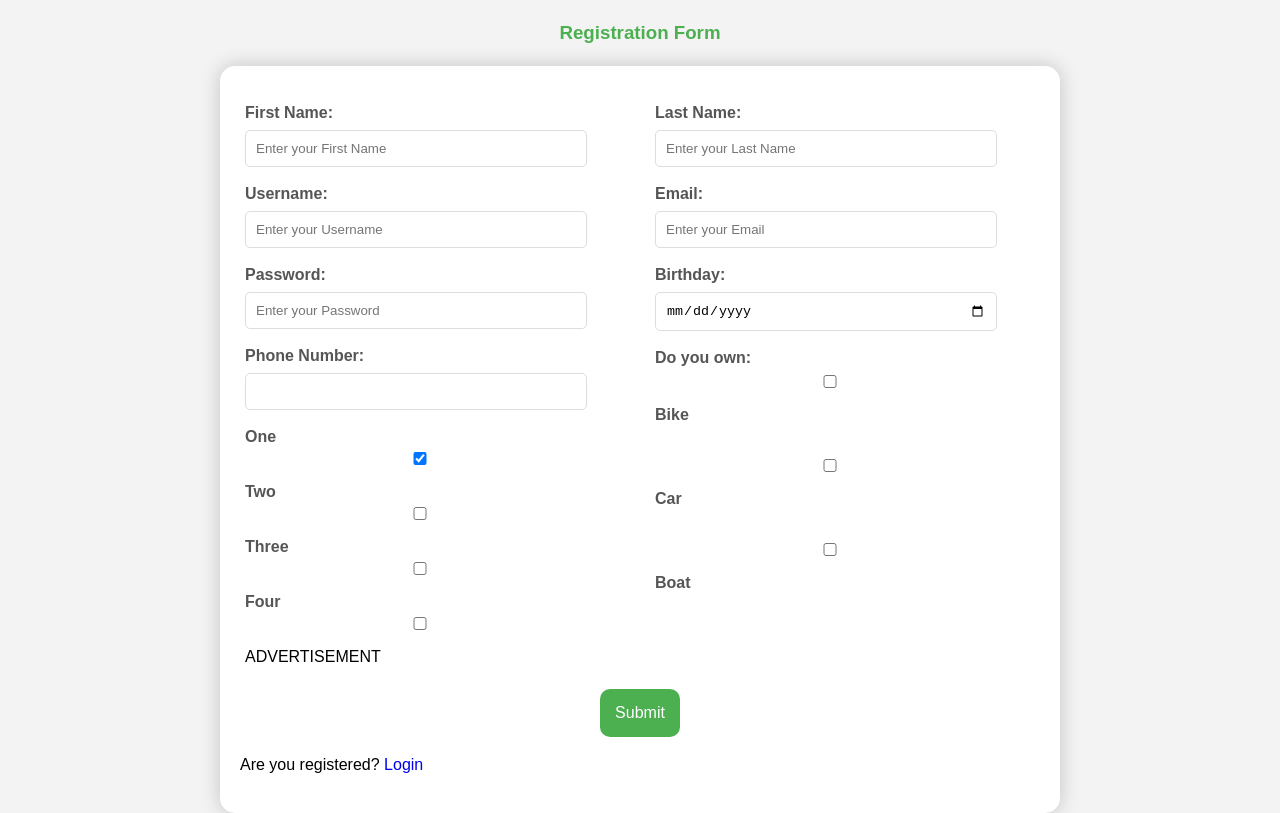
Repository: alizey12/Regestratin-Form-js
Page: regester.html
The author's editor kept a copy of each file at every save. The page is drawn from the files as they stood at one save, then again after the next save.
The browser window is 1280 px wide. The pictures show the whole page.

Above is the page before, as saved 2024-11-29 18:45:13.

### regester.html
<!DOCTYPE html>
<html lang="en">
<head>
    <meta charset="UTF-8">
    <meta name="viewport" content="width=device-width, initial-scale=1.0">
    <link rel="stylesheet" href="regester.css">
    <title>Registration Form</title>
</head>
<body>
    <h3>Registration Form</h3>
    <div class="main">
        <form action="">
            <div class="grid-container">
                <div>
                    <label for="first">First Name:</label>
                    <input type="text" id="first" name="first" placeholder="Enter your First Name" required>

                    <label for="username">Username:</label>
                    <input type="text" id="username" name="username" placeholder="Enter your Username" required>

                    <label for="password">Password:</label>
                    <input type="password" id="password" name="password" placeholder="Enter your Password" required>

                    <label for="quantity">Phone Number:</label>
                    <input type="number" id="quantity" name="quantity" min="1" max="15">

                    <label class="container">One
                        <input type="checkbox" checked="checked">
                        <span class="checkmark"></span>
                      </label>

                      <label class="container">Two
                        <input type="checkbox">
                        <span class="checkmark"></span>
                      </label>

                      <label class="container">Three
                        <input type="checkbox">
                        <span class="checkmark"></span>
                      </label>

                      <label class="container">Four
                        <input type="checkbox">
                        <span class="checkmark"></span>
                      </label>
                      ADVERTISEMENT

                </div>
                <div>
                    <label for="second">Last Name:</label>
                    <input type="text" id="second" name="second" placeholder="Enter your Last Name" required>

                    <label for="email">Email:</label>
                    <input type="email" id="email" name="email" placeholder="Enter your Email" required>

                    <label for="birthday">Birthday:</label>
                    <input type="date" id="birthday" name="birthday">

                    <label>Do you own:</label>
                    <input type="checkbox" id="vehicle1" name="vehicle1" value="Bike">
                    <label for="vehicle1">Bike</label><br>
                    <input type="checkbox" id="vehicle2" name="vehicle2" value="Car">
                    <label for="vehicle2">Car</label><br>
                    <input type="checkbox" id="vehicle3" name="vehicle3" value="Boat">
                    <label for="vehicle3">Boat</label>
                </div>
            </div>
            <div class="wrap">
                <button type="submit">Submit</button>
            </div>
        </form>
        <p>Are you registered?
            <a href="signin.html" style="text-decoration: none;">Login</a>
        </p>
    </div>
</body>
</html>

### regester.css
body {
    display: flex;
    align-items: center;
    justify-content: center;
    font-family: sans-serif;
    line-height: 1.5;
    min-height: 100vh;
    background: #f3f3f3;
    flex-direction: column;
    margin: 0;
}

.main {
    background-color: #fff;
    border-radius: 15px;
    box-shadow: 0 0 20px rgba(0, 0, 0, 0.2);
    padding: 20px;
    transition: transform 0.2s;
    width: 800px;
}

h3 {
    color: #4CAF50;
    text-align: center;
}

label {
    display: block;
    margin-top: 10px;
    margin-bottom: 5px;
    text-align: left;
    color: #555;
    font-weight: bold;
}

input {
    display: block;
    width: 90%;
    margin-bottom: 15px;
    padding: 10px;
    box-sizing: border-box;
    border: 1px solid #ddd;
    border-radius: 5px;
}

button {
    padding: 15px;
    border-radius: 10px;
    margin-top: 15px;
    border: none;
    color: white;
    cursor: pointer;
    background-color: #4CAF50;
    font-size: 16px;
}

.wrap {
    display: flex;
    justify-content: center;
    align-items: center;
}

.grid-container {
    display: grid;

    grid-template-columns: 1fr 1fr;
    gap: 20px;
}

.grid-container div {
    padding: 5px;
}

After the next save:
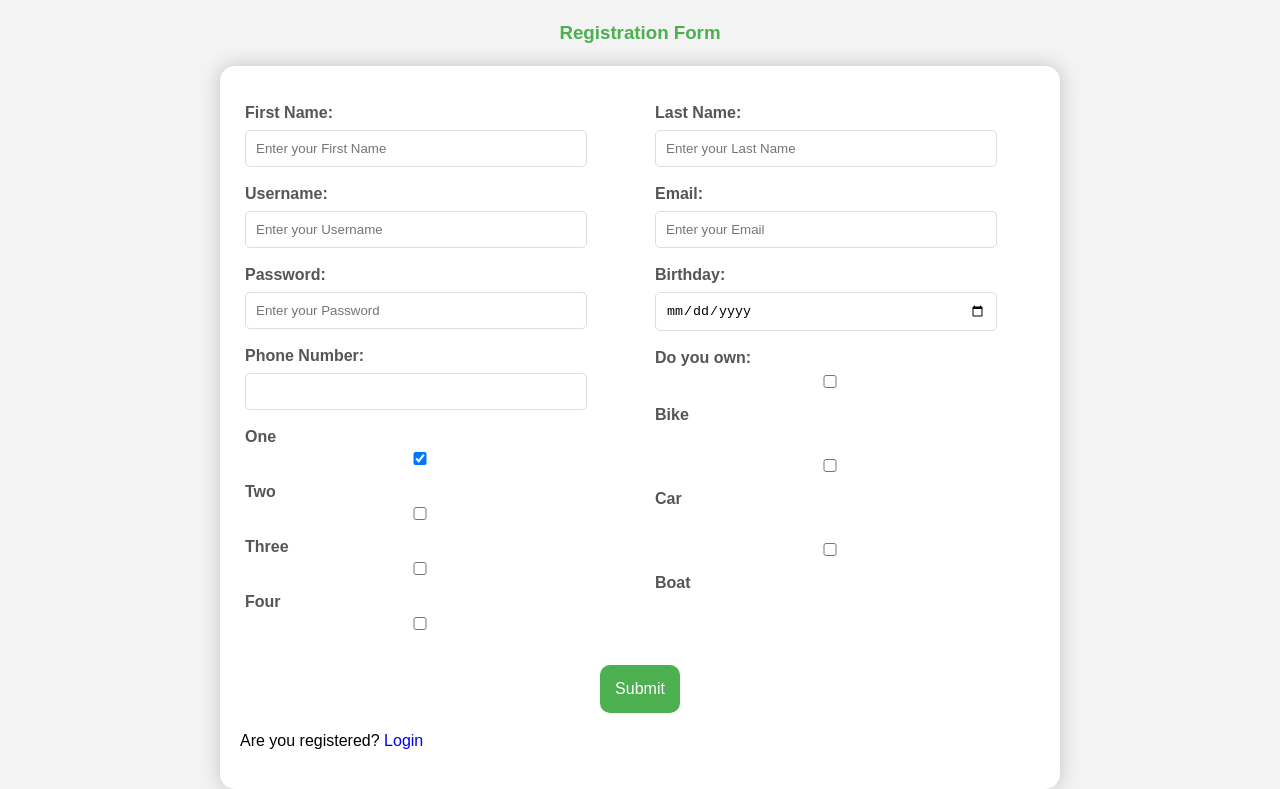
Saved 36 s later.
--- a/regester.html
+++ b/regester.html
@@ -43,7 +43,7 @@
                         <input type="checkbox">
                         <span class="checkmark"></span>
                       </label>
-                      ADVERTISEMENT
+
 
                 </div>
                 <div>

After the save that followed:
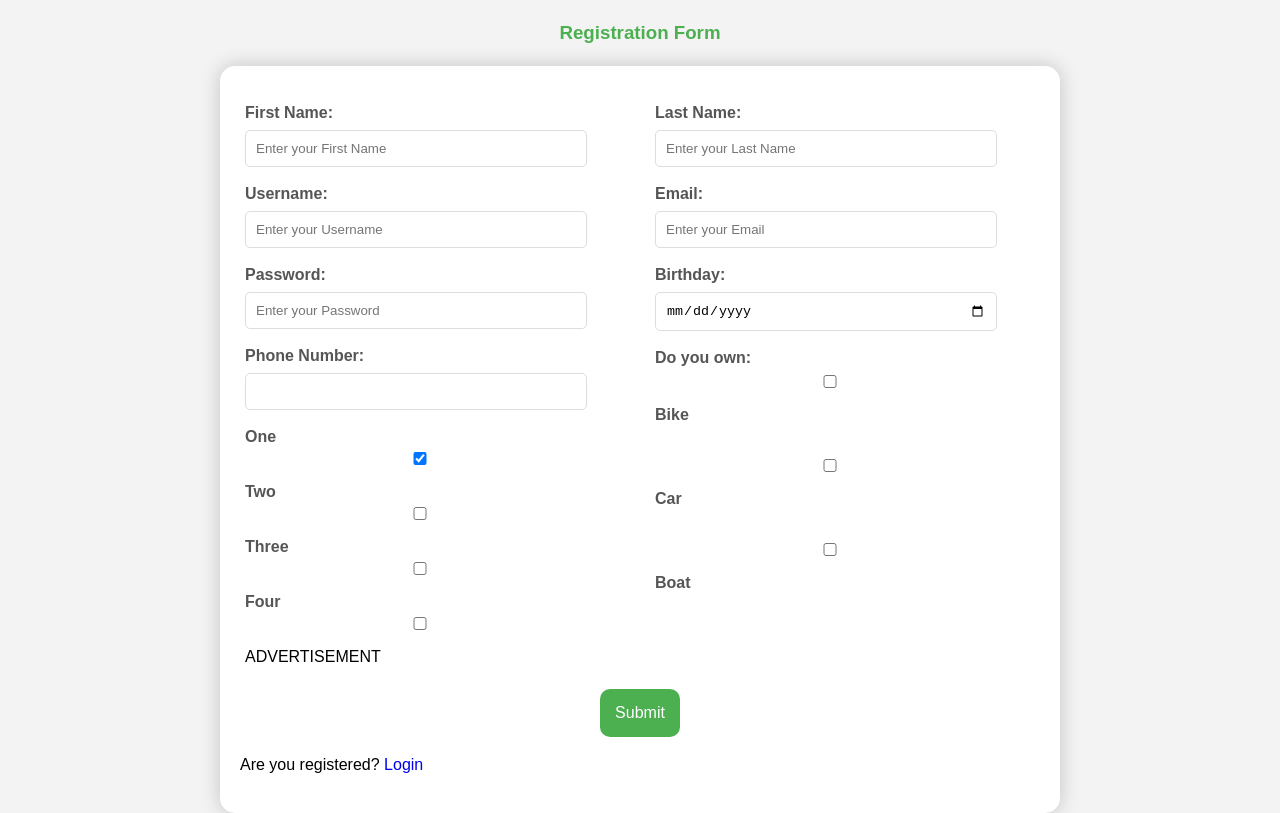
Saved 13 s later.
--- a/regester.html
+++ b/regester.html
@@ -43,7 +43,7 @@
                         <input type="checkbox">
                         <span class="checkmark"></span>
                       </label>
-
+                      ADVERTISEMENT
 
                 </div>
                 <div>
